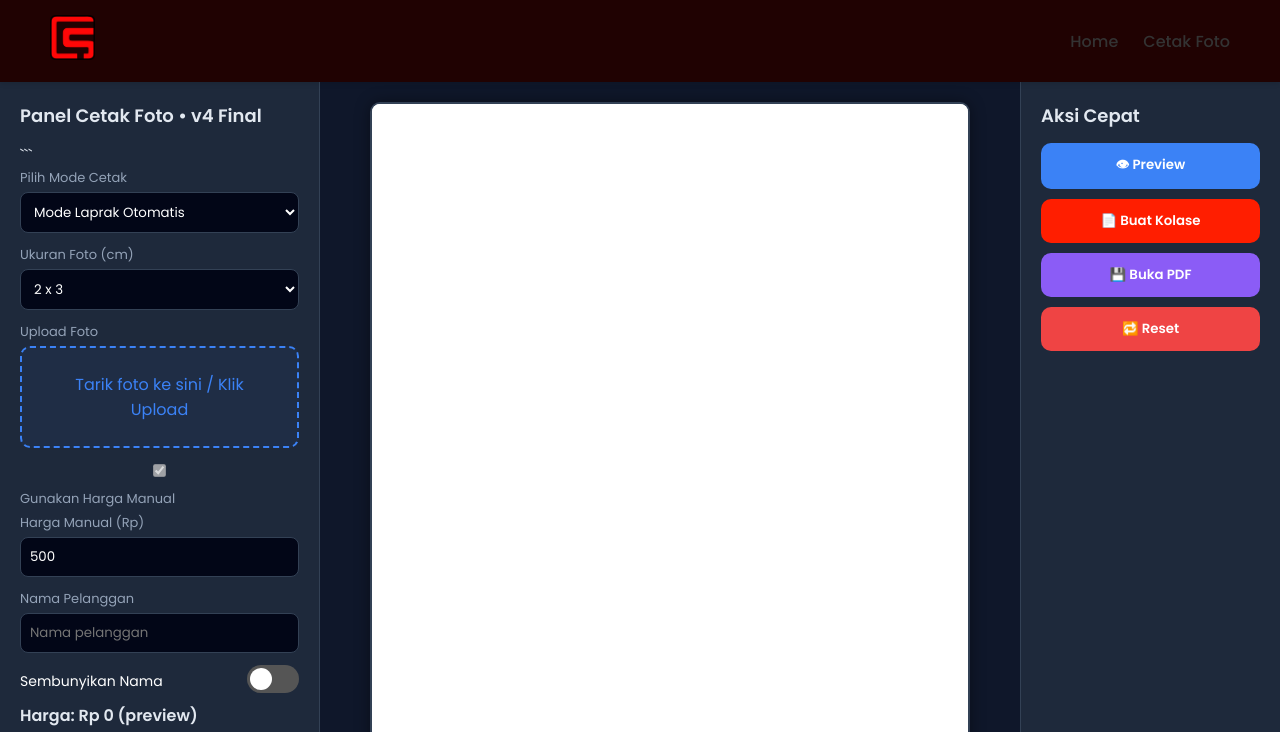
Repository: procinema22/hiisedulurfc
Page: cetakfoto.html
The author's editor kept a copy of each file at every save. The page is drawn from the files as they stood at one save, then again after the next save.
The browser window is 1280 px wide. The pictures show the whole page.
An inner scrolling area shows only its first screen.

Above is the page before, as saved 2026-04-27 22:13:15.

After the next save:
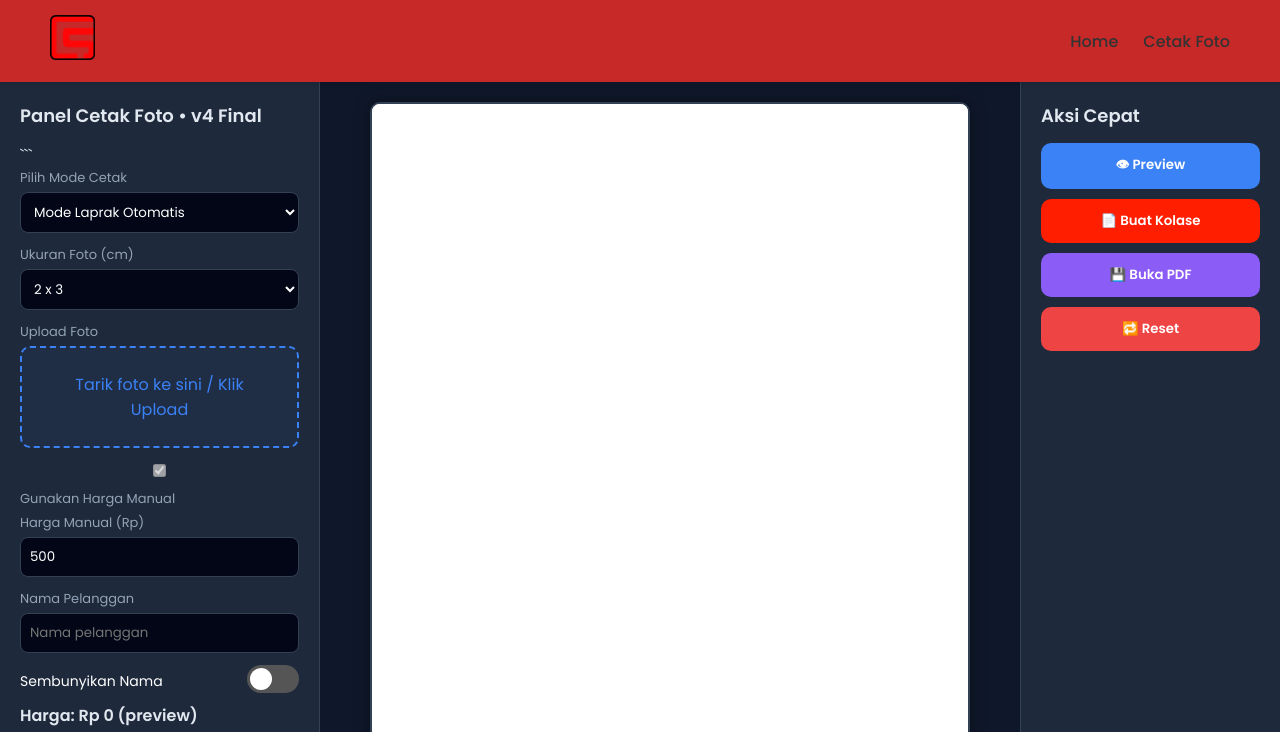
Saved 32 s later.
--- a/css/cetak.css
+++ b/css/cetak.css
@@ -33,7 +33,7 @@ header {
   align-items: center;
   justify-content: space-between;
   padding: 15px 50px;
-  background-color: #200202;
+  background-color: hwb(0 16% 22%);
   box-shadow: 0 2px 5px rgba(0,0,0,0.1);
   position: sticky;
   top: 0;
